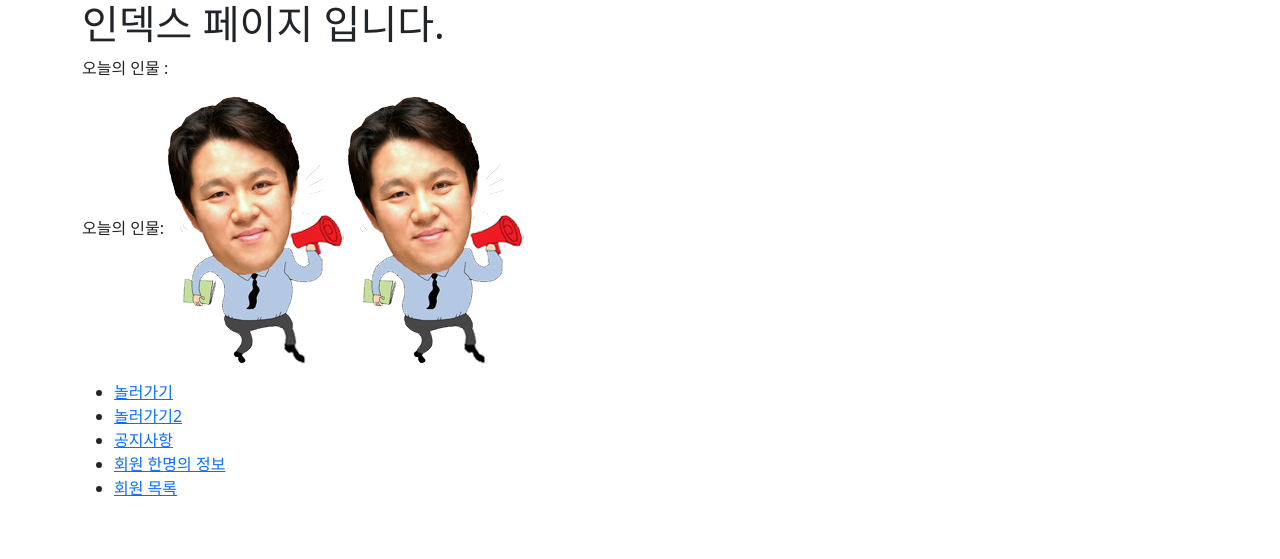
Repository: catfishlove/spring
Page: http://localhost/home
An editor plug-in stored every save of this project. The page is shown before and after the next save, followed by the edit.
The browser window is 1280 px wide. The pictures show the whole page.
The page is this project's Thymeleaf template; nobody is signed in. The template is opened directly, without the code that normally fills it, so the values that code supplies are empty.

Above is the page before, as saved 2024-07-03 06:44:46.

After the next save:
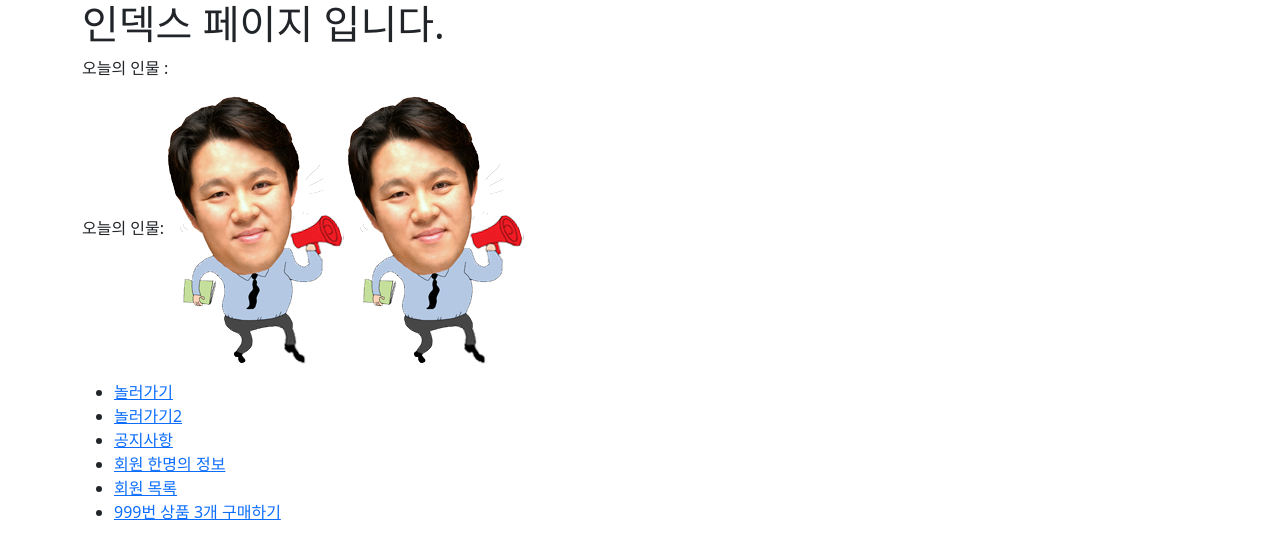
Saved 4 min 9 s later.
--- a/Boot04_Thymeleaf/src/main/resources/templates/home.html
+++ b/Boot04_Thymeleaf/src/main/resources/templates/home.html
@@ -27,6 +27,7 @@
 			<li><a th:href="@{/notice}">공지사항</a></li>
 			<li><a th:href="@{/member}">회원 한명의 정보</a></li>
 			<li><a th:href="@{/members}">회원 목록</a></li>
+			<li><a th:href="@{/shop/buy?id=99&count=3}">999번 상품 3개 구매하기</a></li>
 		</ul>
 	</div>
 	<script>
